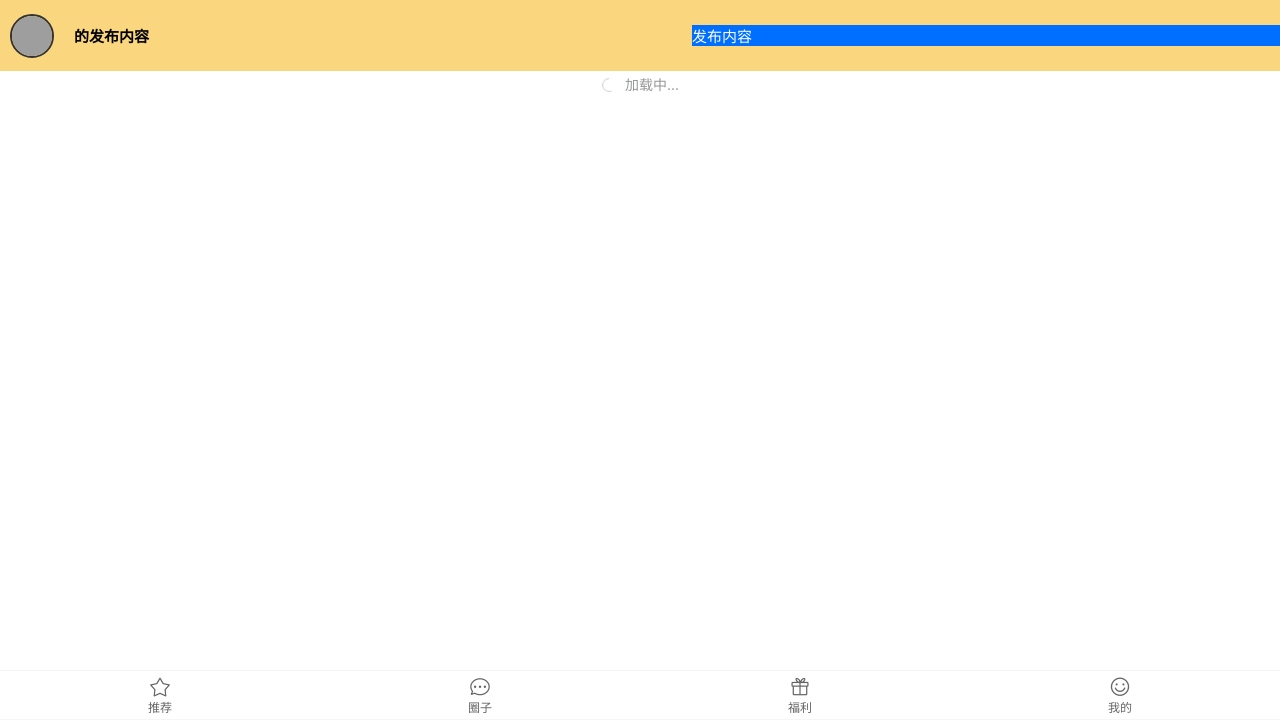
Repository: pbw-langwang/dm
Page: /#/fabu (app in dm_vue/)
An editor plug-in stored every save of this project. The page is shown before and after the next save, followed by the edit.
The browser window is 1280 px wide. The pictures show the whole page.
The page's requests for data from a server got no answer. The project was rebuilt for these pictures with package versions that can differ from the ones it lists, and the page was loaded fresh each time. No one was signed in, and anything a server would have sent is missing. Also part of the build but not shown: dm_vue/src/components/HelloWorld.vue, dm_vue/src/components/video.vue, dm_vue/src/components/setting.vue, dm_vue/src/components/gift.vue, dm_vue/src/components/Regist.vue, dm_vue/src/components/history.vue, dm_vue/src/components/Search.vue, dm_vue/src/components/SearchList.vue and 2 more.

Above is the page before, as saved 2021-06-22 16:01:11.

After the next save:
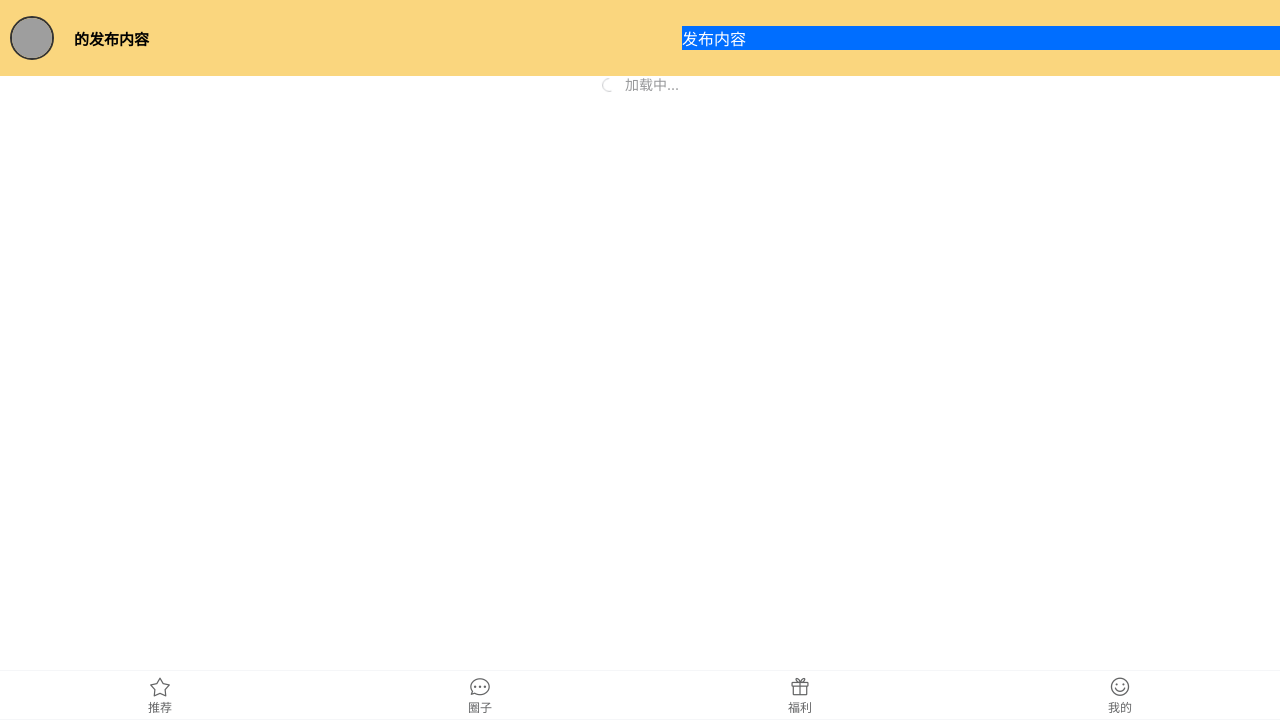
Saved 47 s later.
--- a/dm_vue/src/components/fabu.vue
+++ b/dm_vue/src/components/fabu.vue
@@ -95,8 +95,6 @@ export default {
 }
 .top p:nth-child(3){
   flex: 1;
-  margin-left: 20px;
-  font-size: 15px;
   background-color: rgb(0, 110, 255);
   color: white;
 }
